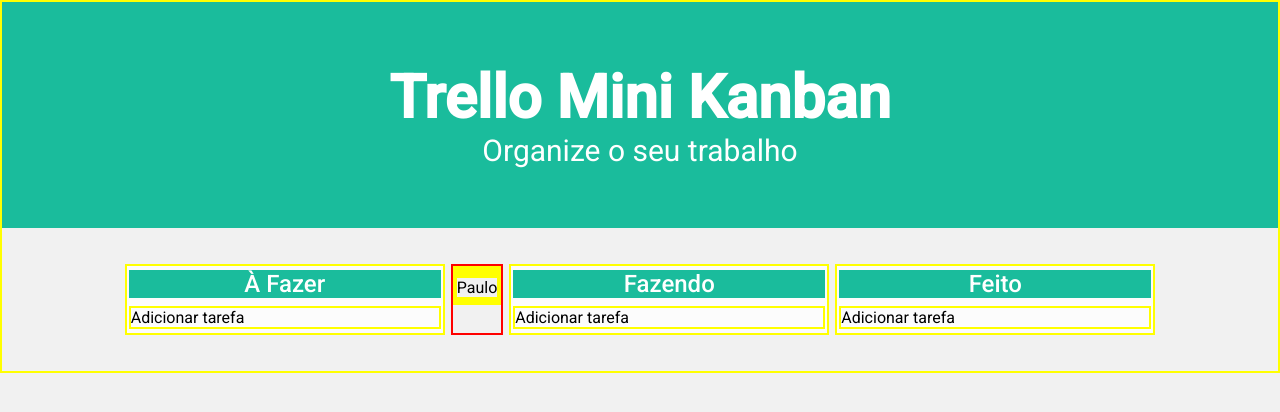
Repository: douglasabnovato/byteclass
Page: trello-mini-kanban/index.html
The author's editor kept a copy of each file at every save. The page is drawn from the files as they stood at one save, then again after the next save.
The browser window is 1280 px wide. The pictures show the whole page.

Above is the page before, as saved 2025-07-31 21:15:08.

After the next save:
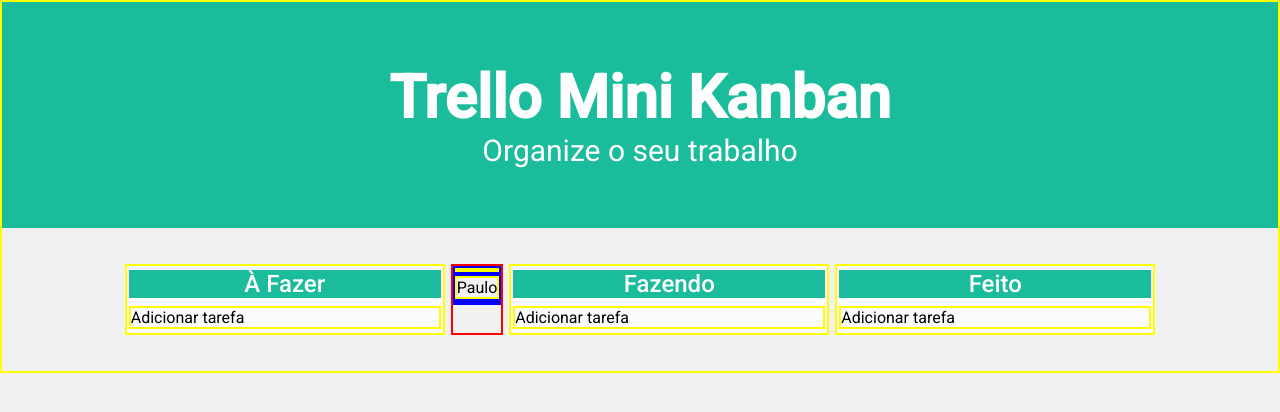
Saved 4 s later.
--- a/trello-mini-kanban/style.css
+++ b/trello-mini-kanban/style.css
@@ -53,7 +53,7 @@
 }
 
 .b {
-    border: 2px solid bluered;
+    border: 2px solid blue;
 }
 
 /*
